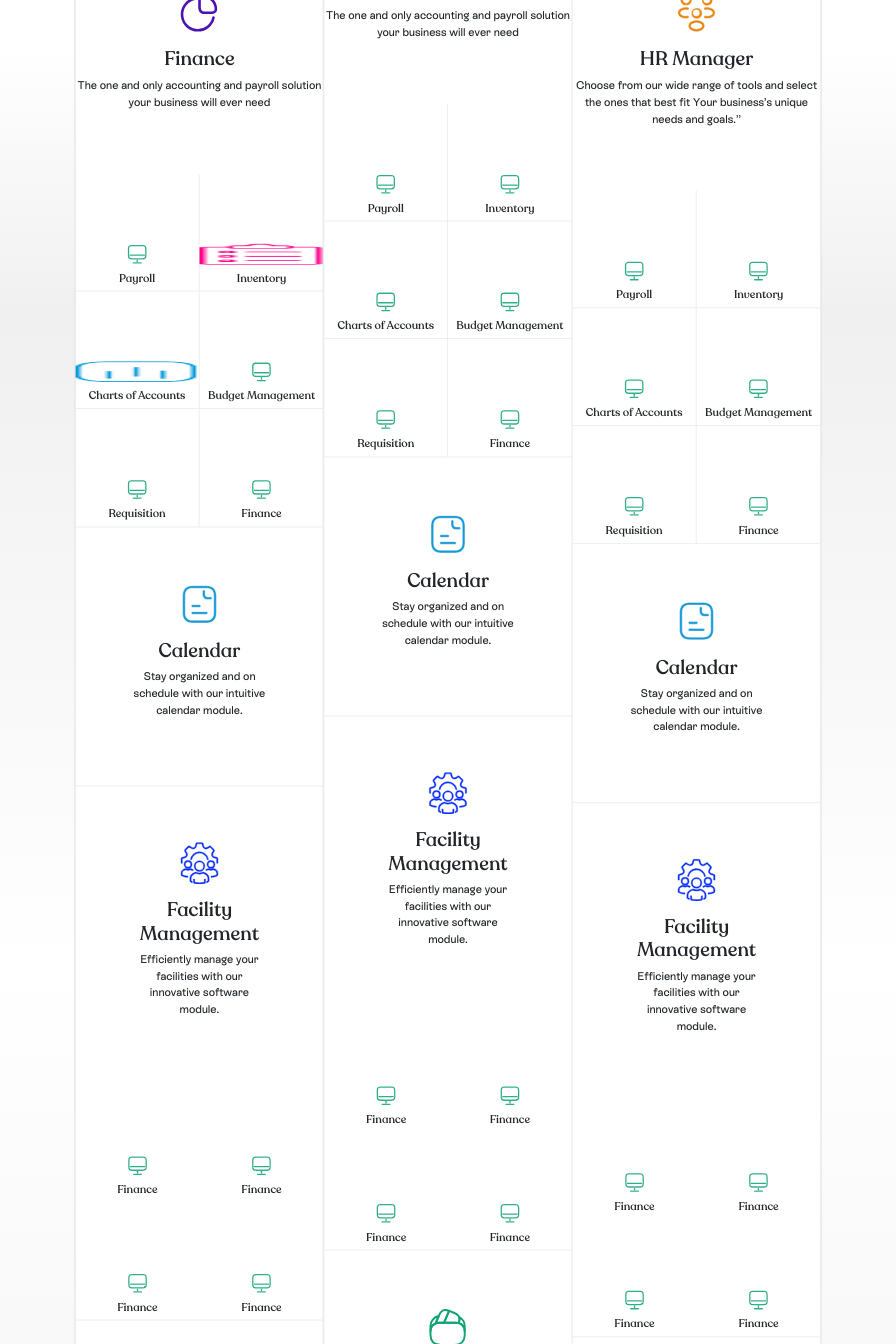
Repository: sarahnnanyelugo/educare-web
Page: /
The author's editor kept a copy of each file at every save. The page is drawn from the files as they stood at one save, then again after the next save.
The browser window is 1280 px wide. The pictures show the part of the page from y = 3195 to 5115 px (the page is 7665 px tall before and 7585 px after), at 70% of full size.
The project was rebuilt for these pictures with package versions that can differ from the ones it lists, and the page was loaded fresh each time.

Above is the page before, as saved 2023-04-07 01:16:54.

After the next save:
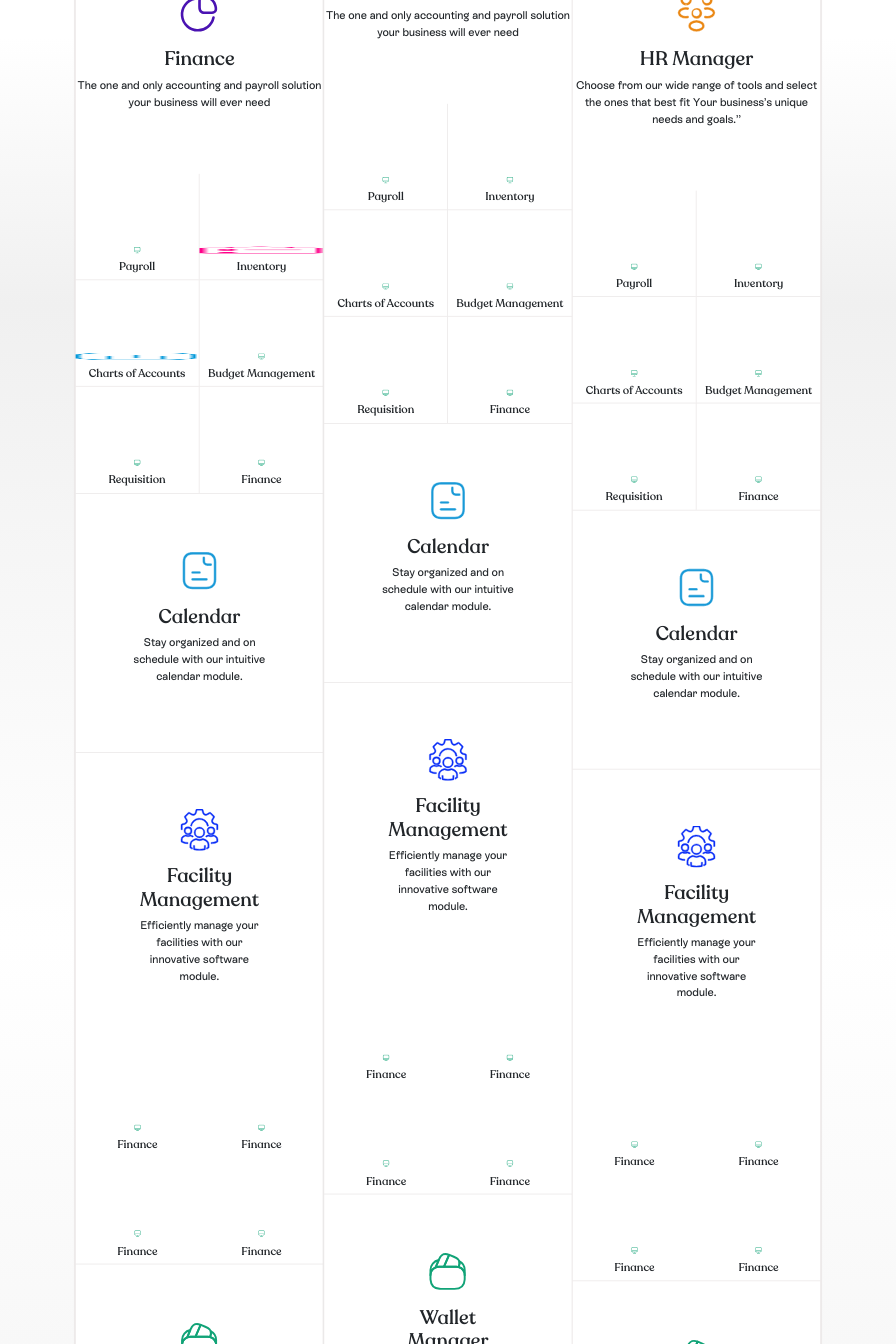
Saved 10 s later.
--- a/src/pages/Home/OtherEducareProducts/other-products.scss
+++ b/src/pages/Home/OtherEducareProducts/other-products.scss
@@ -1,6 +1,6 @@
 .other-products-container {
   img {
-    height: 30px !important;
+    height: 10px !important;
     margin-bottom: 10px;
   }
 }

After the save that followed:
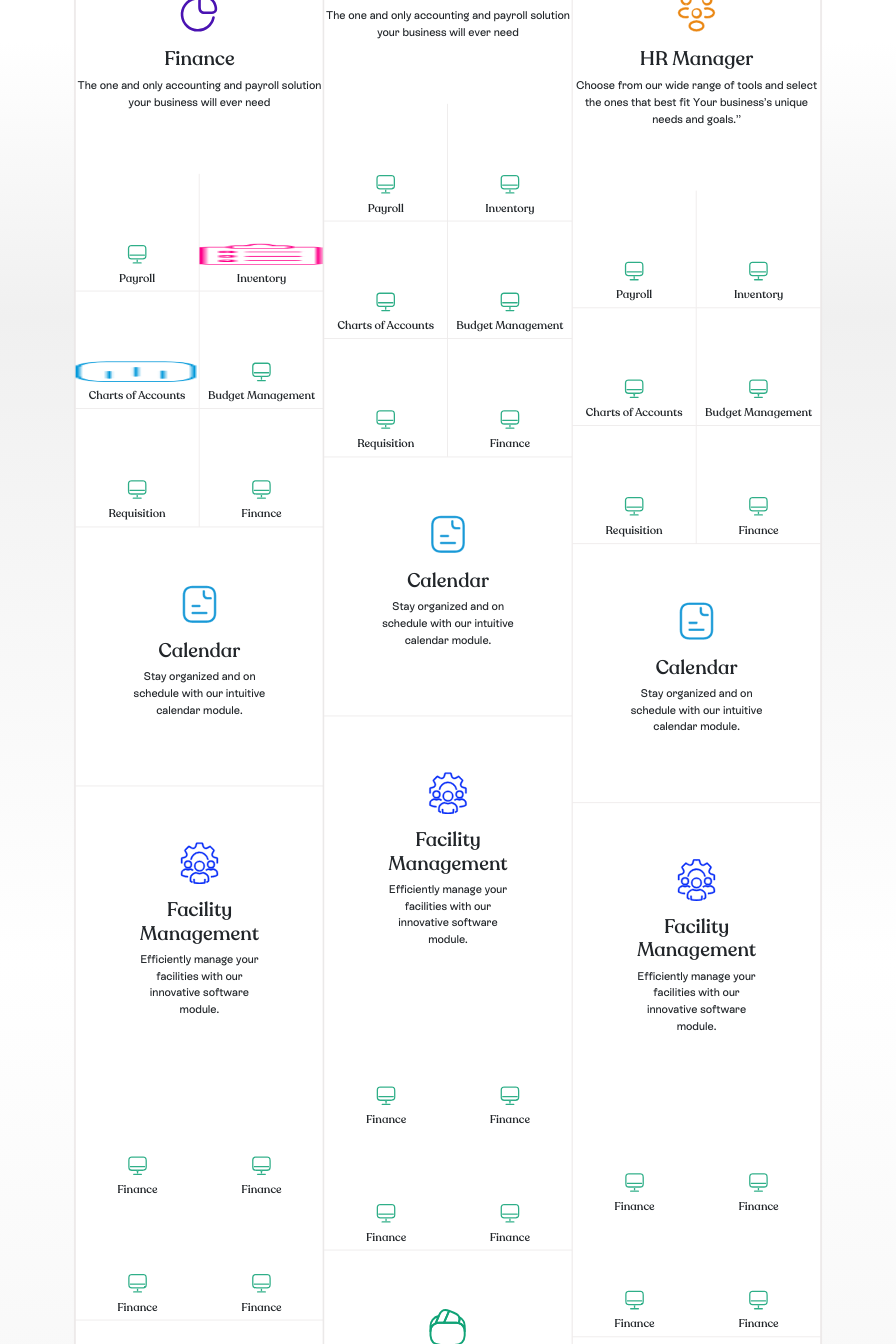
Saved 11 s later.
--- a/src/pages/Home/OtherEducareProducts/other-products.scss
+++ b/src/pages/Home/OtherEducareProducts/other-products.scss
@@ -1,6 +1,6 @@
 .other-products-container {
   img {
-    height: 10px !important;
+    height: 30px !important;
     margin-bottom: 10px;
   }
 }
